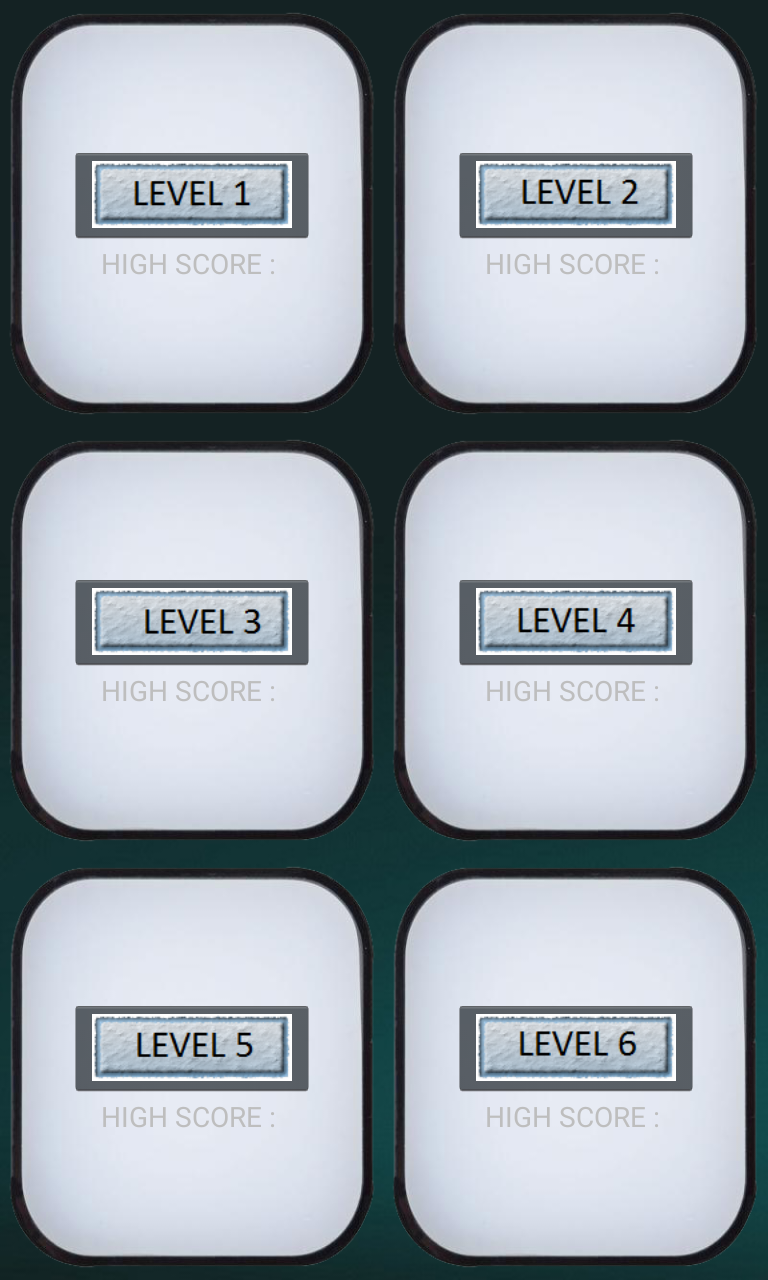
Repository: rohitchawla22/SebiQuiz
Layout: SebiQuiz/res/layout/menu.xml
An editor plug-in stored every save of this project. The layout is shown before and after the next save, followed by the edit.
It is drawn on a 768 x 1280 px phone screen (xhdpi) without system bars, with theme android:Theme.Holo; the app's code is not run.

Above is the layout before, as saved 2014-06-13 07:37:38.

After the next save:
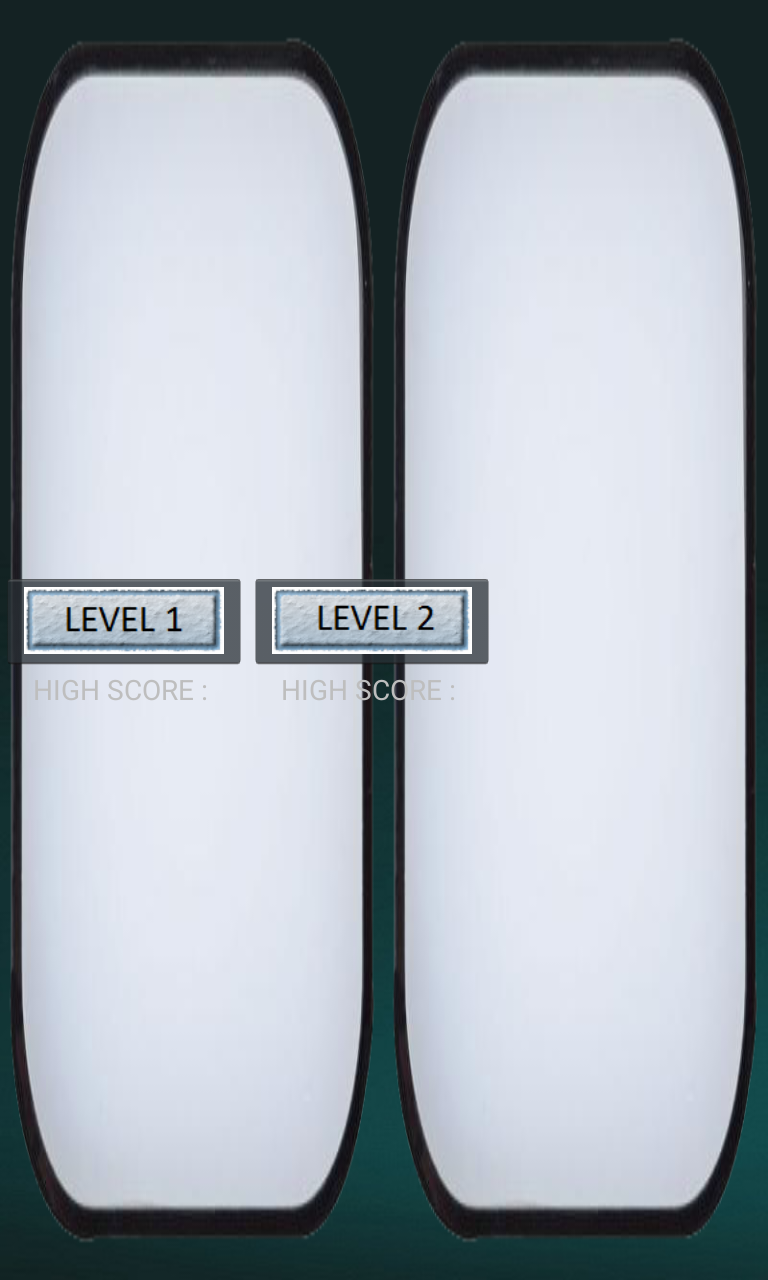
Saved 63 s later.
--- a/SebiQuiz/res/layout/menu.xml
+++ b/SebiQuiz/res/layout/menu.xml
@@ -8,14 +8,12 @@
     <LinearLayout
         android:layout_width="match_parent"
         android:layout_height="match_parent"
-        android:layout_weight="1"
         android:background="@drawable/button" >
 
         <LinearLayout
             android:layout_width="wrap_content"
             android:layout_height="wrap_content"
             android:layout_gravity="center"
-            android:layout_weight="1"
             android:orientation="vertical" >
 
             <ImageButton
@@ -38,7 +36,6 @@
             android:layout_width="wrap_content"
             android:layout_height="wrap_content"
             android:layout_gravity="center"
-            android:layout_weight="1"
             android:orientation="vertical">
 
             <ImageButton
@@ -62,13 +59,11 @@
     <LinearLayout
         android:layout_width="match_parent"
         android:layout_height="match_parent"
-        android:layout_weight="1"
         android:background="@drawable/button" >
          <LinearLayout
             android:layout_width="wrap_content"
             android:layout_height="wrap_content"
             android:layout_gravity="center"
-            android:layout_weight="1"
             android:orientation="vertical">
 
             <ImageButton
@@ -90,7 +85,6 @@
             android:layout_width="wrap_content"
             android:layout_height="wrap_content"
             android:layout_gravity="center"
-            android:layout_weight="1"
             android:orientation="vertical" >
 
             <ImageButton
@@ -120,7 +114,6 @@
             android:layout_width="wrap_content"
             android:layout_height="wrap_content"
             android:layout_gravity="center"
-            android:layout_weight="1"
             android:orientation="vertical">
 
             <ImageButton

After the 2 saves that followed:
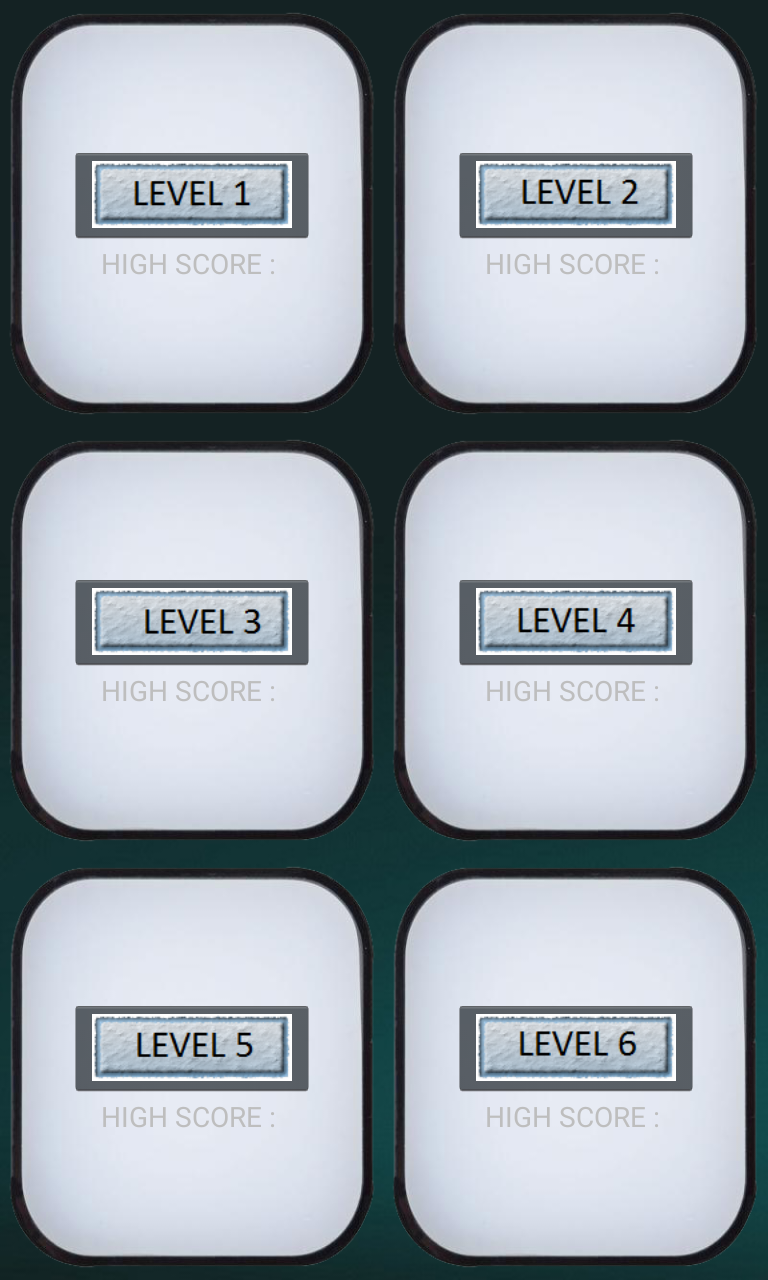
The 2 saves are shown as one change because 1 left the picture as it was.
The last was saved 17 s later.
--- a/SebiQuiz/res/layout/menu.xml
+++ b/SebiQuiz/res/layout/menu.xml
@@ -5,15 +5,18 @@
     android:background="@drawable/backgroundmain"
     android:orientation="vertical" >
 
-    <LinearLayout
+
+   <LinearLayout
         android:layout_width="match_parent"
         android:layout_height="match_parent"
+        android:layout_weight="1"
         android:background="@drawable/button" >
 
         <LinearLayout
             android:layout_width="wrap_content"
             android:layout_height="wrap_content"
             android:layout_gravity="center"
+            android:layout_weight="1"
             android:orientation="vertical" >
 
             <ImageButton
@@ -31,11 +34,11 @@
                android:text="@string/high_score_" />
 
         </LinearLayout>
-
-        <LinearLayout
+<LinearLayout
             android:layout_width="wrap_content"
             android:layout_height="wrap_content"
             android:layout_gravity="center"
+            android:layout_weight="1"
             android:orientation="vertical">
 
             <ImageButton
@@ -59,11 +62,13 @@
     <LinearLayout
         android:layout_width="match_parent"
         android:layout_height="match_parent"
+        android:layout_weight="1"
         android:background="@drawable/button" >
          <LinearLayout
             android:layout_width="wrap_content"
             android:layout_height="wrap_content"
             android:layout_gravity="center"
+            android:layout_weight="1"
             android:orientation="vertical">
 
             <ImageButton
@@ -85,6 +90,7 @@
             android:layout_width="wrap_content"
             android:layout_height="wrap_content"
             android:layout_gravity="center"
+            android:layout_weight="1"
             android:orientation="vertical" >
 
             <ImageButton
@@ -114,6 +120,7 @@
             android:layout_width="wrap_content"
             android:layout_height="wrap_content"
             android:layout_gravity="center"
+            android:layout_weight="1"
             android:orientation="vertical">
 
             <ImageButton
@@ -156,4 +163,5 @@
         </LinearLayout>
     </LinearLayout>
 
+
 </LinearLayout>
